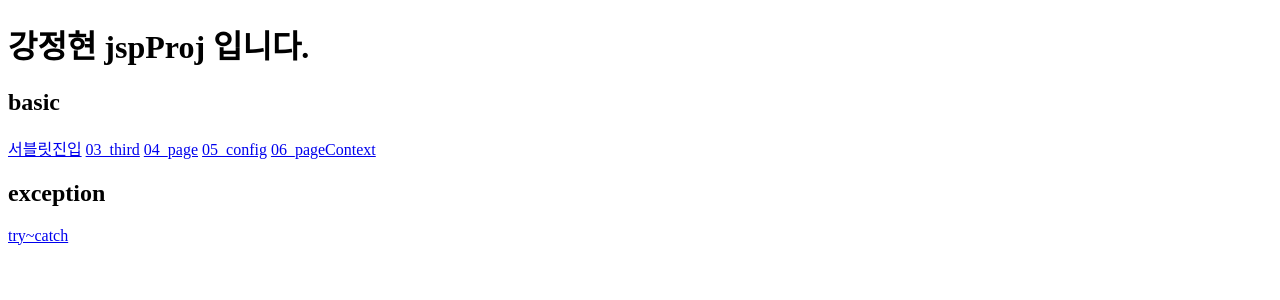
Repository: Jamikidu/newJsp
Page: http://localhost/jspProj/
An editor plug-in stored every save of this project. The page is shown before and after the next save, followed by the edit.
The browser window is 1280 px wide. The pictures show the whole page.
The page is served by Tomcat 9. Nobody is signed in. The application's start-up code is not run.

Above is the page before, as saved 2023-07-26 01:41:57.

After the next save:
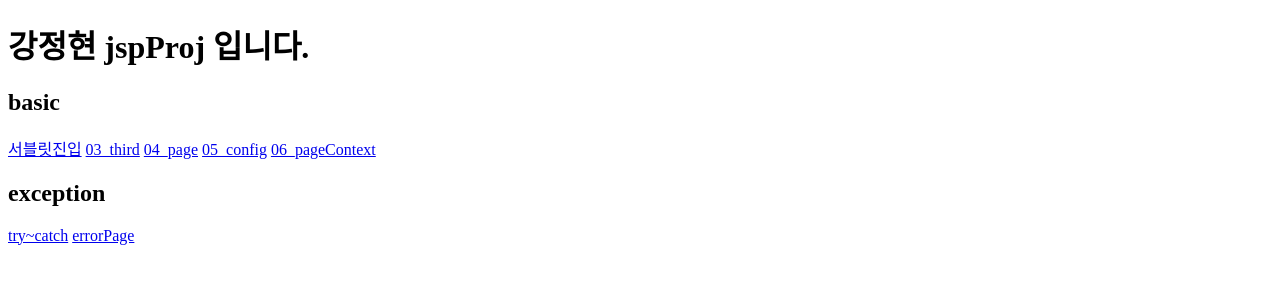
Saved 20 s later.
--- a/jspProj/src/main/webapp/index.jsp
+++ b/jspProj/src/main/webapp/index.jsp
@@ -16,5 +16,8 @@
 <a href="basic/06_pageContext.jsp">06_pageContext</a>
 <h2>exception</h2>
 <a href="err/aaa.jsp">try~catch</a>
+<a href="err/bbb.jsp">errorPage</a>
+
+
 </body>
 </html>
